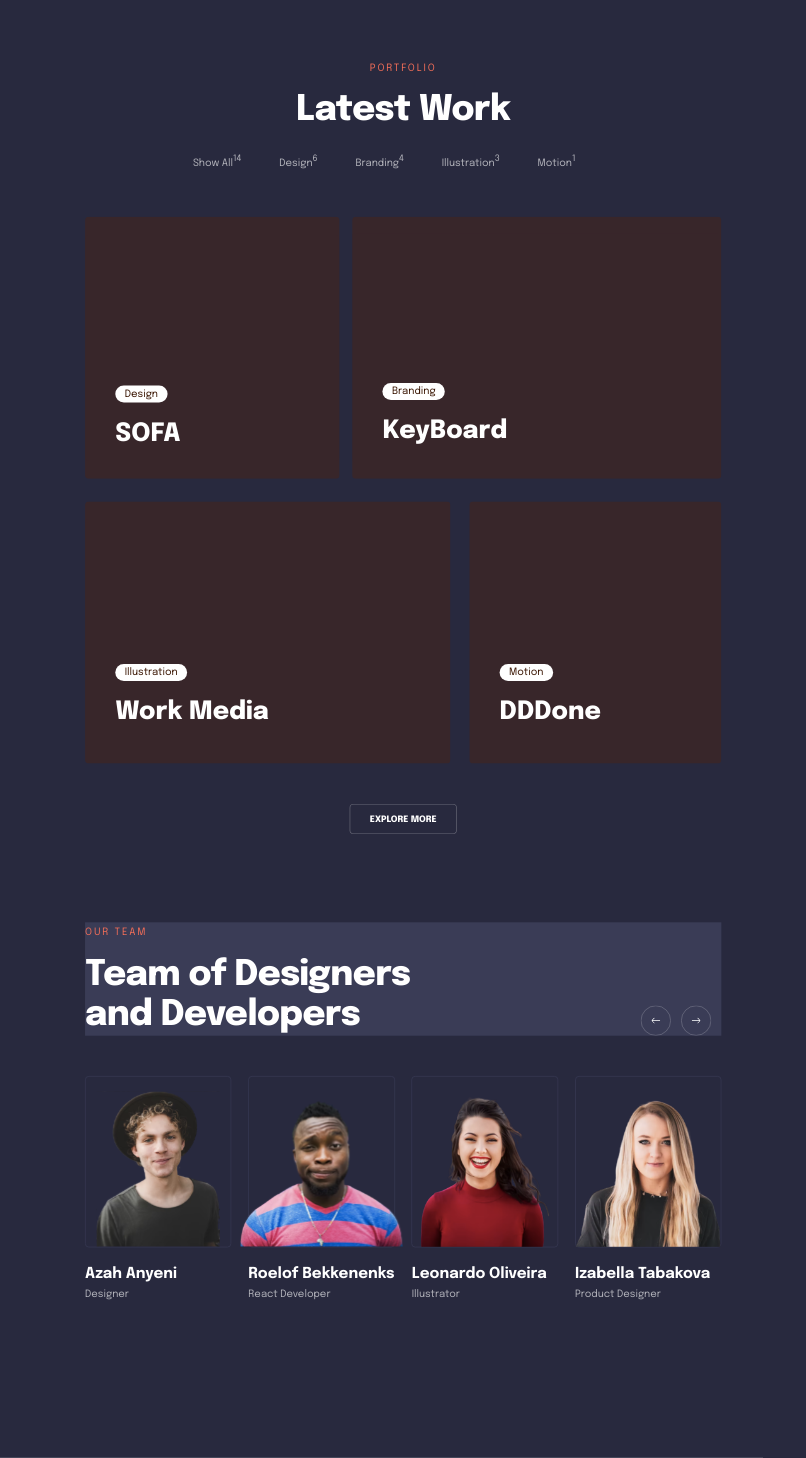
Repository: FidanXankishiyeva/figma-positions-task
Page: index.html
The author's editor kept a copy of each file at every save. The page is drawn from the files as they stood at one save, then again after the next save.
The browser window is 1280 px wide. The pictures show the whole page, at 63% of full size.

Above is the page before, as saved 2023-08-10 14:06:36.

After the next save:
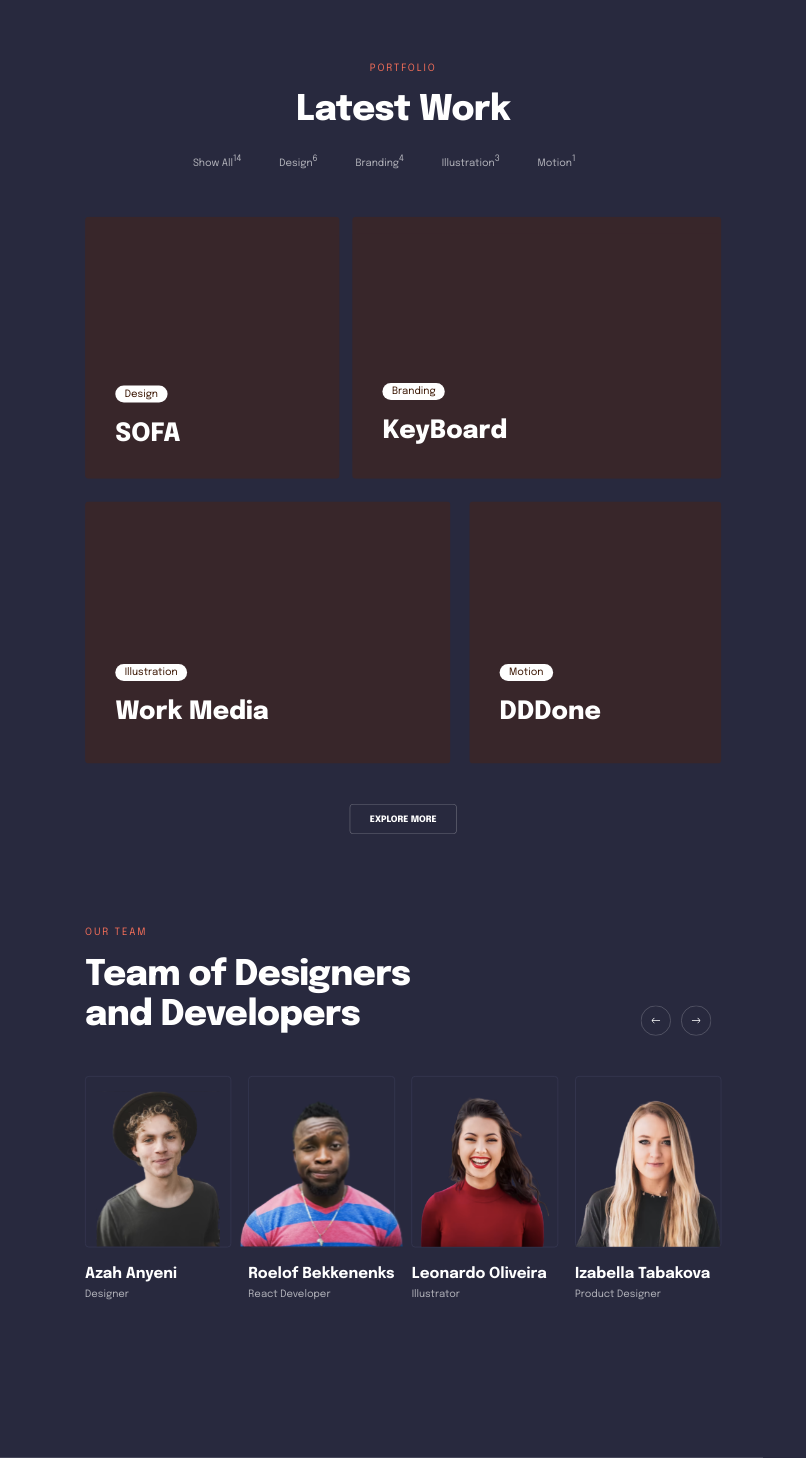
Saved 5 s later.
--- a/index.css
+++ b/index.css
@@ -269,7 +269,6 @@ button {
 .text-buttons-collaj{
     display: flex;
     justify-content: space-between;
-    background-color: #3a3c56;
     align-items: flex-end;
 
 }
